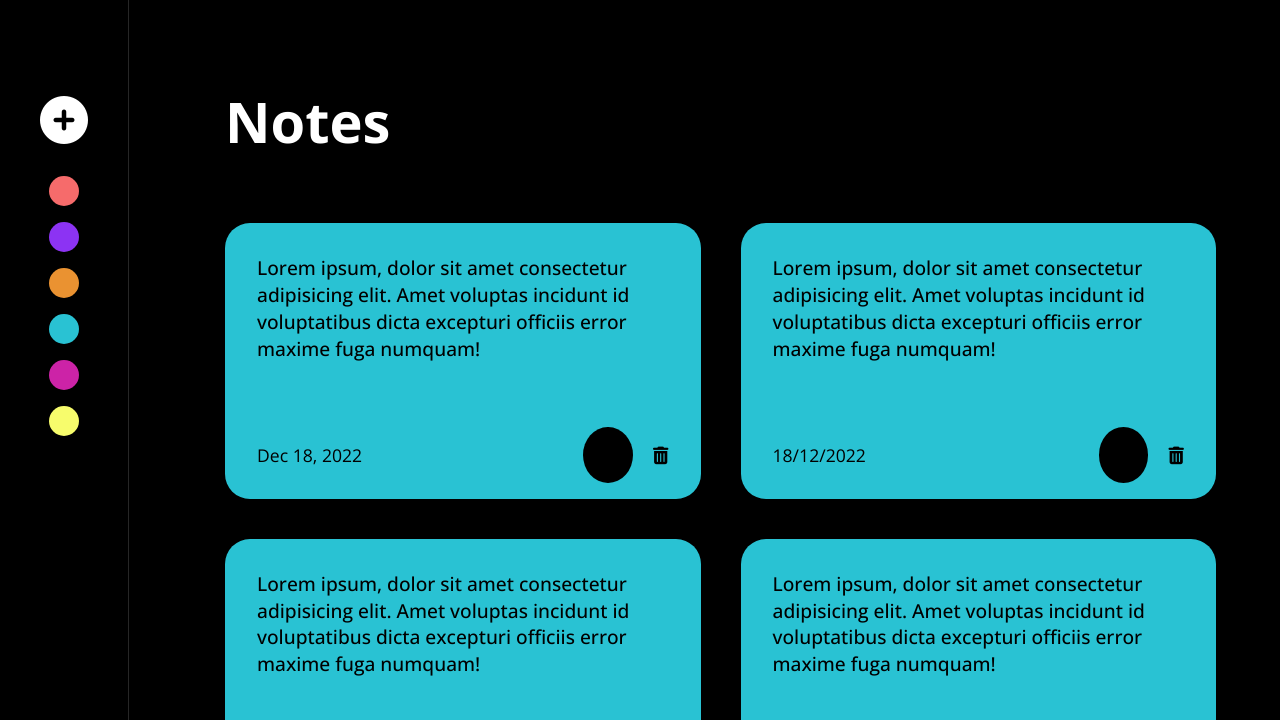
Repository: emiliaiwu/notes_app
Page: index.html
The author's editor kept a copy of each file at every save. The page is drawn from the files as they stood at one save, then again after a run of saves.
The browser window is 1280 px wide. The pictures show the whole page.
An inner scrolling area shows only its first screen. Some web libraries are served in a nearby version.

Above is the page before, as saved 2022-12-19 23:41:35.

### index.html
<!DOCTYPE html>
<html lang="en">
<head>
    <meta charset="UTF-8">
    <meta http-equiv="X-UA-Compatible" content="IE=edge">
    <meta name="viewport" content="width=device-width, initial-scale=1.0">
    <script src="https://kit.fontawesome.com/fd9c36575f.js" crossorigin="anonymous"></script>
    <link rel="stylesheet" href="style.css">
    <title>Notes App</title>
</head>
<body>
    <div class="container">
        <div class="add">
            <div class="add_card"><i class="fa-solid fa-circle-plus"></i></div>
            <ul class="card_colors">
                <li class="card_color c1"></li>
                <li class="card_color c2"></li>
                <li class="card_color c3"></li>
                <li class="card_color c4"></li>
                <li class="card_color c5"></li>
                <li class="card_color c6"></li>
            </ul>
        </div>
        <div class="cards_container">
            <h1>Notes</h1>
            <div class="cards">

                <div class="card">
                    <p class="text">
                        Lorem ipsum, dolor sit amet consectetur adipisicing elit. Amet voluptas incidunt id voluptatibus dicta excepturi officiis error maxime fuga numquam!
                    </p>
                    <span class="footer close">
                        <small class="date">Dec 18, 2022</small>
                        <span>
                           <small class="edit"><i class="fa-solid fa-pen"></i></small>
                           <small class="delete"><i class="fa-solid fa-trash-can"></i></small>
                        </span>
                    </span>
                    <span class="footer open">
                        <ul class="edit_settings">
                            <li class="bold"><i class="fa-solid fa-bold"></i></li>
                            <li class="italic"><i class="fa-solid fa-italic"></i></li>
                            <li class="underline"><i class="fa-solid fa-underline"></i></li>
                            <li class="strikethrough"><i class="fa-solid fa-strikethrough"></i></li>
                            <li class="toggleBtn"><i class="fa-solid fa-list-ul"></i></li>
                            <li class="add_image"><i class="fa-solid fa-image"></i></li>
                        </ul>
                    </span>
                </div>

                <div class="card">
                    <span class="text">
                        Lorem ipsum, dolor sit amet consectetur adipisicing elit. Amet voluptas incidunt id voluptatibus dicta excepturi officiis error maxime fuga numquam!
                    </span>
                    <span class="footer close">
                        <small class="date">18/12/2022</small>
                        <span>
                           <small class="edit"><i class="fa-solid fa-pen"></i></small>
                           <small class="delete"><i class="fa-solid fa-trash-can"></i></small>
                        </span>
                    </span>
                    <span class="footer open">
                        <ul class="edit_settings">
                            <li class="bold"><i class="fa-solid fa-bold"></i></li>
                            <li class="italic"><i class="fa-solid fa-italic"></i></li>
                            <li class="underline"><i class="fa-solid fa-underline"></i></li>
                            <li class="strikethrough"><i class="fa-solid fa-strikethrough"></i></li>
                            <li class="toggleBtn"><i class="fa-solid fa-list-ul"></i></li>
                            <li class="add_image"><i class="fa-solid fa-image"></i></li>
                        </ul>
                    </span>
                </div>

                <div class="card">
                    <span class="text">
                        Lorem ipsum, dolor sit amet consectetur adipisicing elit. Amet voluptas incidunt id voluptatibus dicta excepturi officiis error maxime fuga numquam!
                    </span>
                    <span class="footer close">
                        <small class="date">18/12/2022</small>
                        <span>
                           <small class="edit"><i class="fa-solid fa-pen"></i></small>
                           <small class="delete"><i class="fa-solid fa-trash-can"></i></small>
                        </span>
                    </span>
                    <span class="footer open">
                        <ul class="edit_settings">
                            <li class="bold"><i class="fa-solid fa-bold"></i></li>
                            <li class="italic"><i class="fa-solid fa-italic"></i></li>
                            <li class="underline"><i class="fa-solid fa-underline"></i></li>
                            <li class="strikethrough"><i class="fa-solid fa-strikethrough"></i></li>
                            <li class="toggleBtn"><i class="fa-solid fa-list-ul"></i></li>
                            <li class="add_image"><i class="fa-solid fa-image"></i></li>
                        </ul>
                    </span>
                </div>

                <div class="card">
                    <span class="text">
                        Lorem ipsum, dolor sit amet consectetur adipisicing elit. Amet voluptas incidunt id voluptatibus dicta excepturi officiis error maxime fuga numquam!
                    </span>
                    <span class="footer close">
                        <small class="date">18/12/2022</small>
                        <span>
                           <small class="edit"><i class="fa-solid fa-pen"></i></small>
                           <small class="delete"><i class="fa-solid fa-trash-can"></i></small>
                        </span>
                    </span>
                    <span class="footer open">
                        <ul class="edit_settings">
                            <li class="bold"><i class="fa-solid fa-bold"></i></li>
                            <li class="italic"><i class="fa-solid fa-italic"></i></li>
                            <li class="underline"><i class="fa-solid fa-underline"></i></li>
                            <li class="strikethrough"><i class="fa-solid fa-strikethrough"></i></li>
                            <li class="toggleBtn"><i class="fa-solid fa-list-ul"></i></li>
                            <li class="add_image"><i class="fa-solid fa-image"></i></li>
                        </ul>
                    </span>
                </div>


            </div>
        </div>




    </div>

</body>
</html>

### style.css
@import url('https://fonts.googleapis.com/css2?family=Open+Sans:wght@300;400;500;700&display=swap');


* {
    margin: 0;
    padding: 0;
    box-sizing: border-box;
    list-style-type: none;

}

body {
    font-family: 'Open Sans', sans-serif;
    width: 100vw;
    height: 100vh;
    background-color: #000;
    color: #fff;

}

h1 {
    font-size: 3.5rem;
    margin-bottom: 4rem;
    color: #fff;
}

.container {
    display: flex;
    width: 100%;
    height: 100%;
    gap: 2rem;
}

.add {
    border-right: 1px solid rgba(255, 255, 255, 0.15);
    min-height: 100vh;
    display: flex;
    flex-direction: column;
    align-items: center;
    padding: 6rem 2.5rem;

}

.card_color {
    width: 30px;
    height: 30px;
    border-radius: 50%;
    margin-bottom: 1rem;

}

.fa-circle-plus {
    font-size: 3rem;
    margin-bottom: 2rem;
}

.c1 {
    background-color: #F66B6B;
}

.c2 {
    background-color: #8C33F3;
}

.c3 {
    background-color: #EA9231;
}

.c4 {
    background-color: #29C2D3;
}

.c5 {
    background-color: #CC23A7;
}

.c6 {
    background-color: #F7FC6C;
}






/* CARDS CONTAINER */

.cards_container {
    padding: 5.2rem 4rem;
    height: 100%;
    overflow-y: scroll;
    width: 100%;
    color: #000;
}

.cards {
    display: grid;
    grid-template-columns: repeat(auto-fit, minmax(19rem, 1fr));
    gap: 2.5rem;
}

.card {
    display: flex;
    flex-direction: column;
    justify-content: space-between;
    background-color: #29C2D3;
    padding: 2rem 2rem 1rem 2rem;
    border-radius: 25px;
}

.close,
.edit_settings {
    display: flex;
    justify-content: space-between;

}

.text {
    margin-bottom: 5rem;
    font-size: 1.2rem;
    font-weight: 500;
    line-height: 1.4;
}




small {
    font-size: 1.1rem;
}

.edit {
    background-color: #000;
    padding: 1rem;
    border-radius: 50%;
}

.fa-trash-can {
    margin-left: 1rem;
}






.edit_settings {
    border-top: 1px solid rgba(0, 0, 0, 0.178);;
    width: 100%;
    padding: 1rem;
}

ul li i {
    font-size: 1.2rem;
}












/* OPEN AND CLOSE FUNCTIONALITY */

.open {
    display: none;

}

.close {
    padding-bottom: 1rem;
}

After the next 2 saves:
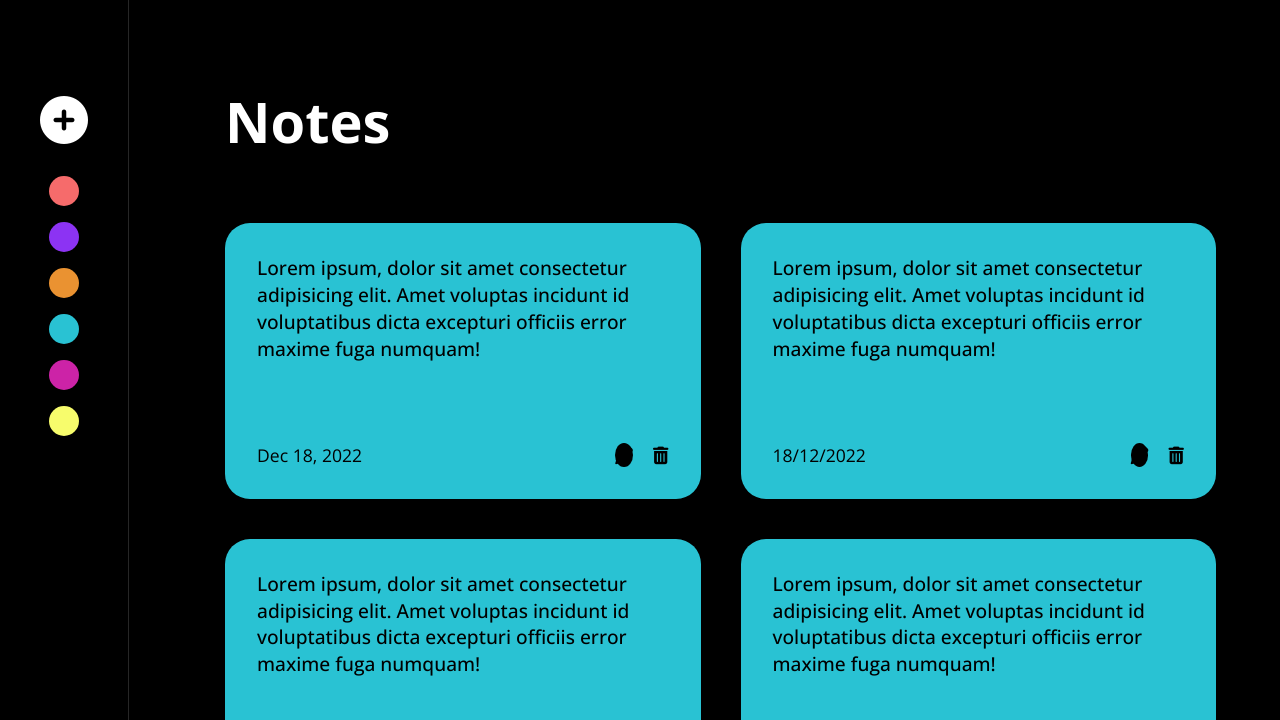
The 2 saves are shown as one change because they came seconds apart.
The last was saved 12 s later.
--- a/style.css
+++ b/style.css
@@ -131,7 +131,7 @@ small {
 
 .edit {
     background-color: #000;
-    padding: 1rem;
+    width: ;;
     border-radius: 50%;
 }
 
